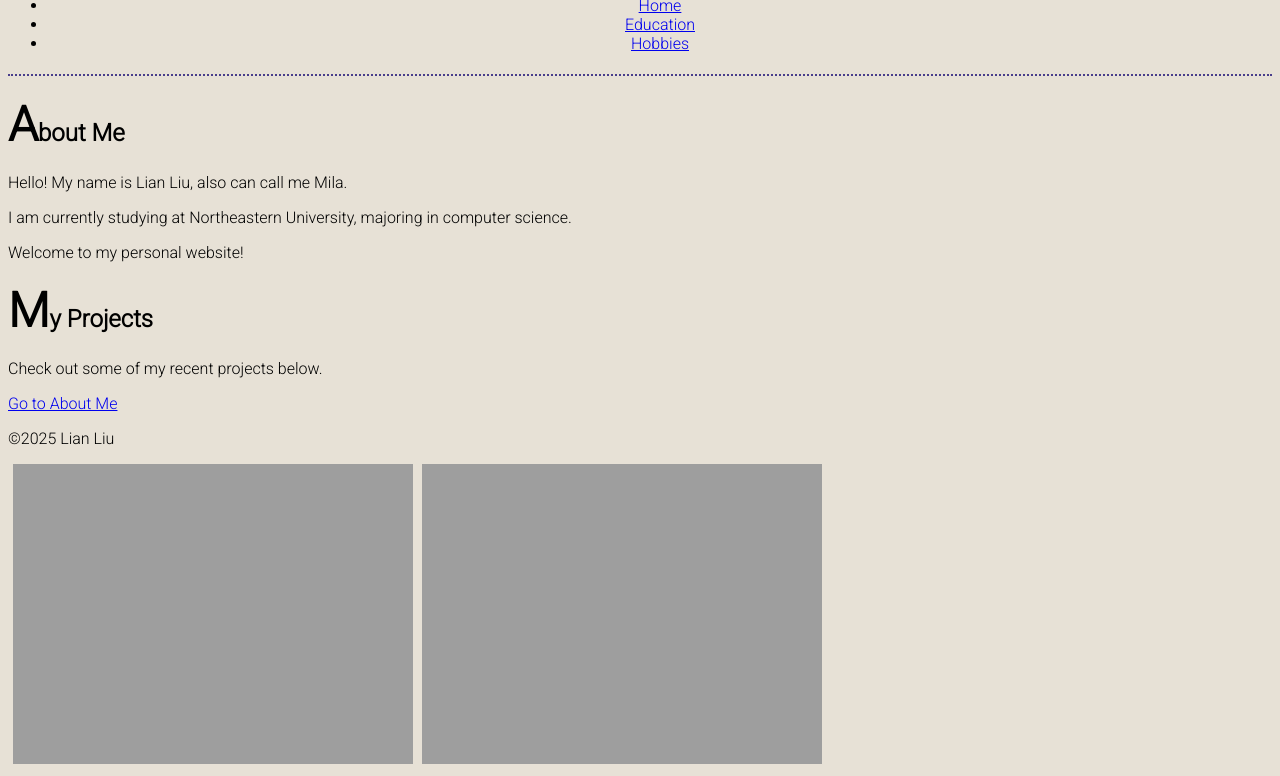
Repository: liulian26/CS5610
Page: assignment-1-liulian26/index.html
The author's editor kept a copy of each file at every save. The page is drawn from the files as they stood at one save, then again after the next save.
The browser window is 1280 px wide. The pictures show the part of the page from y = 473 to 1249 px (the page is 1249 px tall).
Pictures or frames that could not be fetched are drawn as grey boxes. A picture or video elsewhere on the page could not be fetched, so the positions and the page height are approximate.

Above is the page before, as saved 2025-01-31 23:26:24.

After the next save:
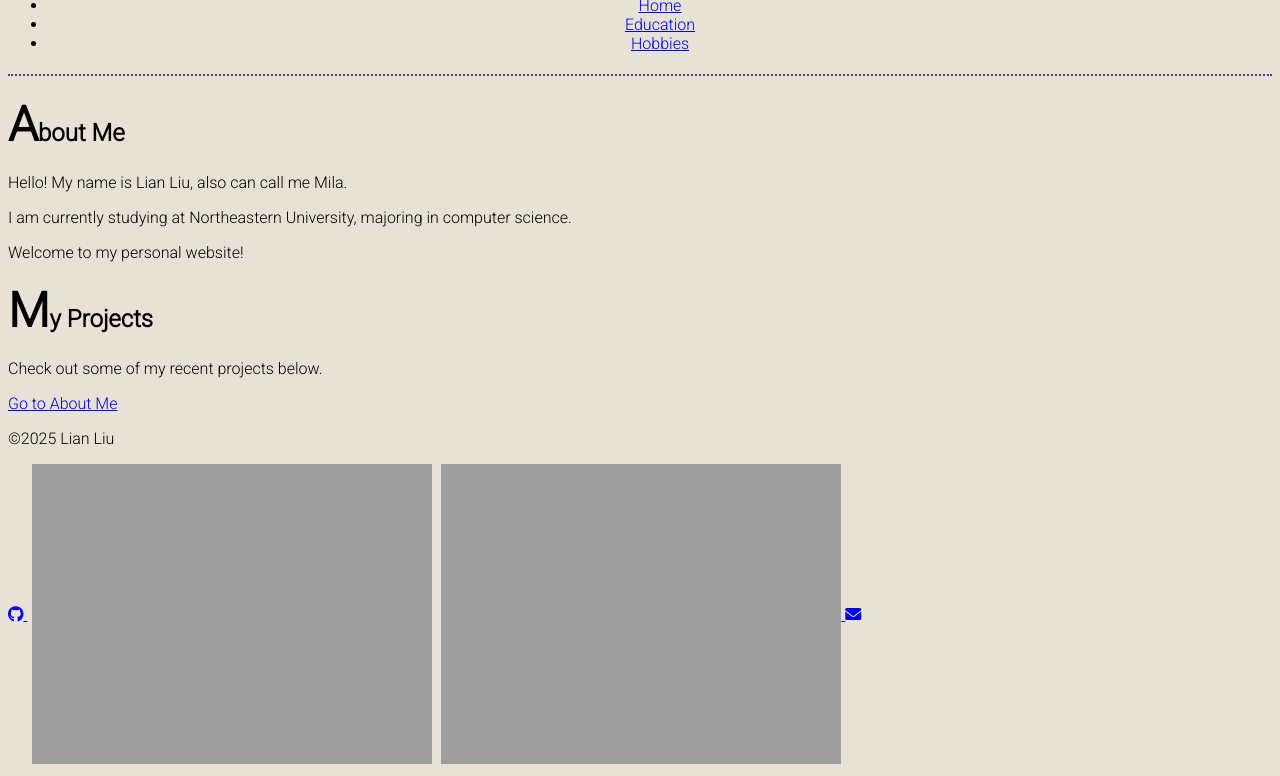
Saved 44 s later.
--- a/assignment-1-liulian26/index.html
+++ b/assignment-1-liulian26/index.html
@@ -4,6 +4,7 @@
     <meta charset="UTF-8">
     <title>My Portfolio</title>
     <link rel="stylesheet" href="css/styles.css">
+    <link rel="stylesheet" href="https://cdnjs.cloudflare.com/ajax/libs/font-awesome/6.0.0/css/all.min.css">
 </head>
 <body>
     <header>
